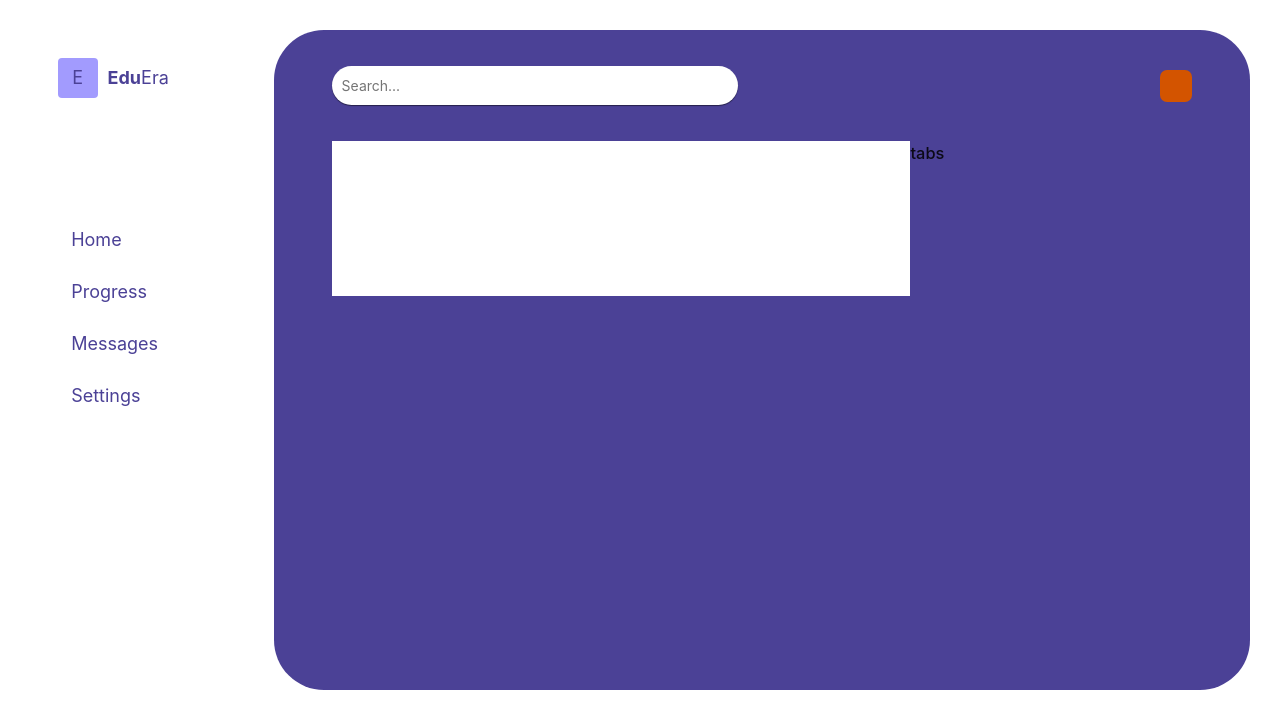
Repository: huynhnt1406/coursestorage
Page: /videodetail/1 (app in coursestorage/)
An editor plug-in stored every save of this project. The page is shown before and after the next save, followed by the edit.
The browser window is 1280 px wide. The pictures show the whole page.
The page's requests for data from a server got no answer. The project was rebuilt for these pictures with package versions that can differ from the ones it lists, and the page was loaded fresh each time. No one was signed in, and anything a server would have sent is missing. Also part of the build but not shown: coursestorage/src/components/ListItems.vue, coursestorage/src/components/VideoList.vue, coursestorage/src/smallcomponents/Messages.vue, coursestorage/src/smallcomponents/Progress.vue, coursestorage/src/smallcomponents/Settings.vue.

Above is the page before, as saved 2021-05-01 23:22:09.

After the next save:
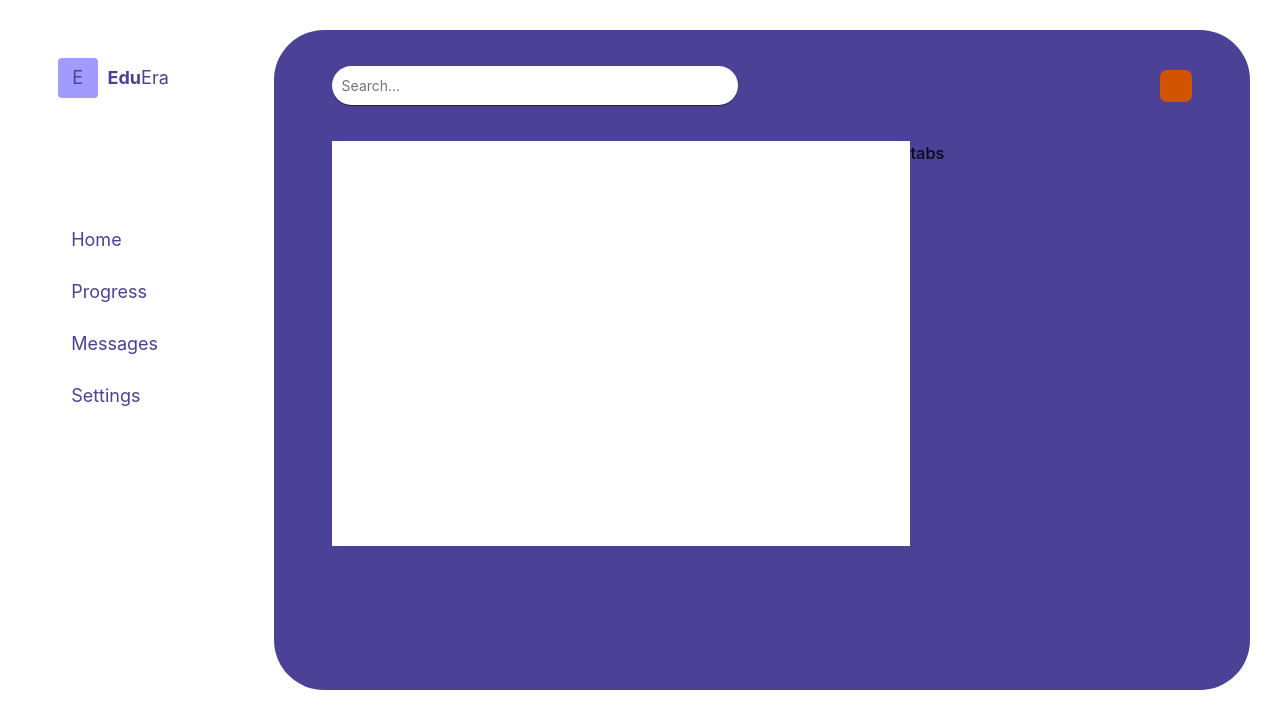
Saved 18 s later.
--- a/coursestorage/src/smallcomponents/VideoDetail.vue
+++ b/coursestorage/src/smallcomponents/VideoDetail.vue
@@ -2,7 +2,7 @@
     <div class="video-detail">
         <div class="video-actions">
             <div class="video-left">
-                <iframe :src="videodata.videoLink" frameborder="0"></iframe>
+                <iframe height="400px" :src="videodata.videoLink" frameborder="0"></iframe>
             </div>
             <div class="video-right">
                 <h3>tabs</h3>
